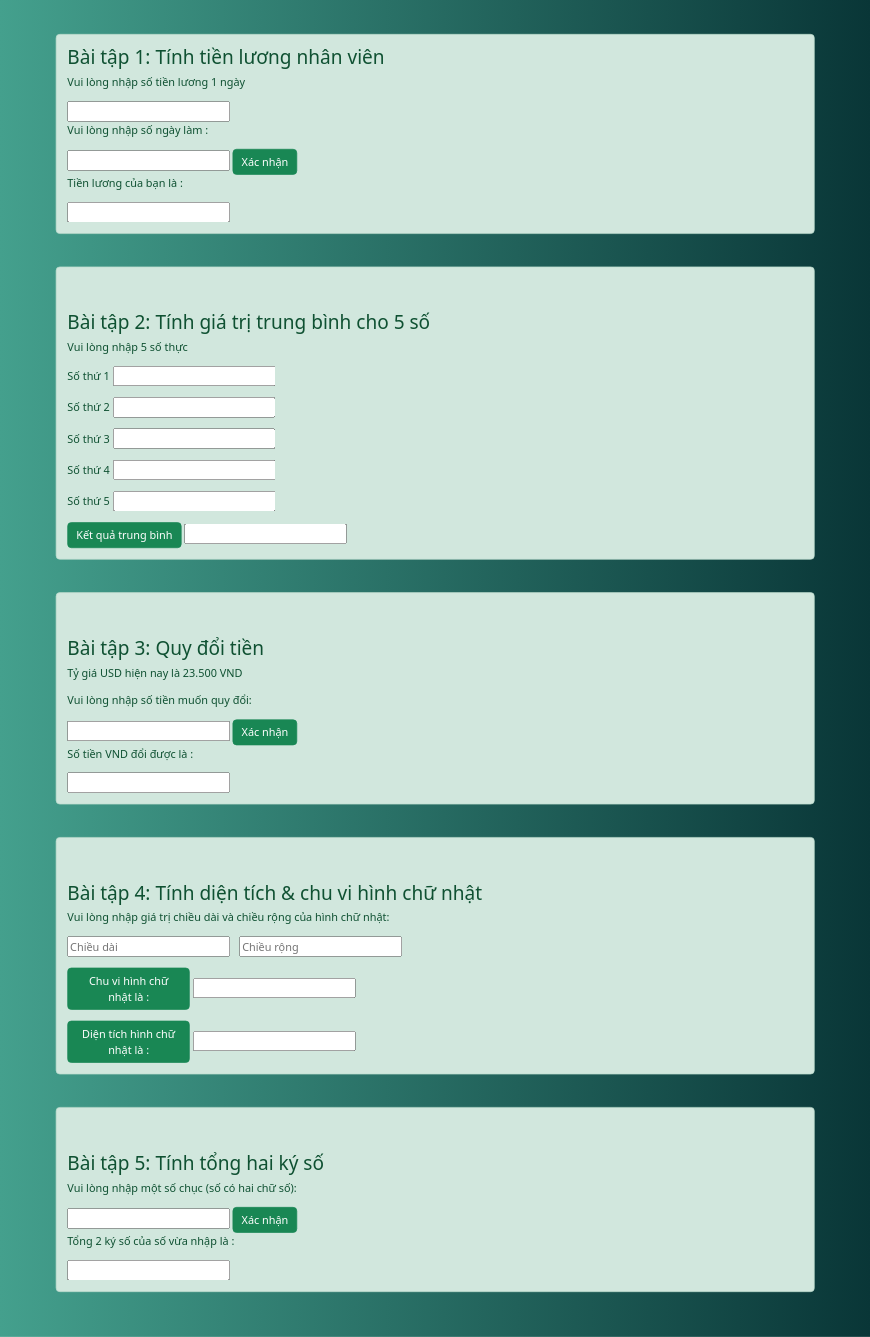
Repository: hcozyph/TranHuuPhuoc_BC43_BT_JS_Buoi2
Page: index.html
The author's editor kept a copy of each file at every save. The page is drawn from the files as they stood at one save, then again after the next save.
The browser window is 1280 px wide. The pictures show the whole page, at 68% of full size.

Above is the page before, as saved 2023-02-03 20:51:24.

After the next save:
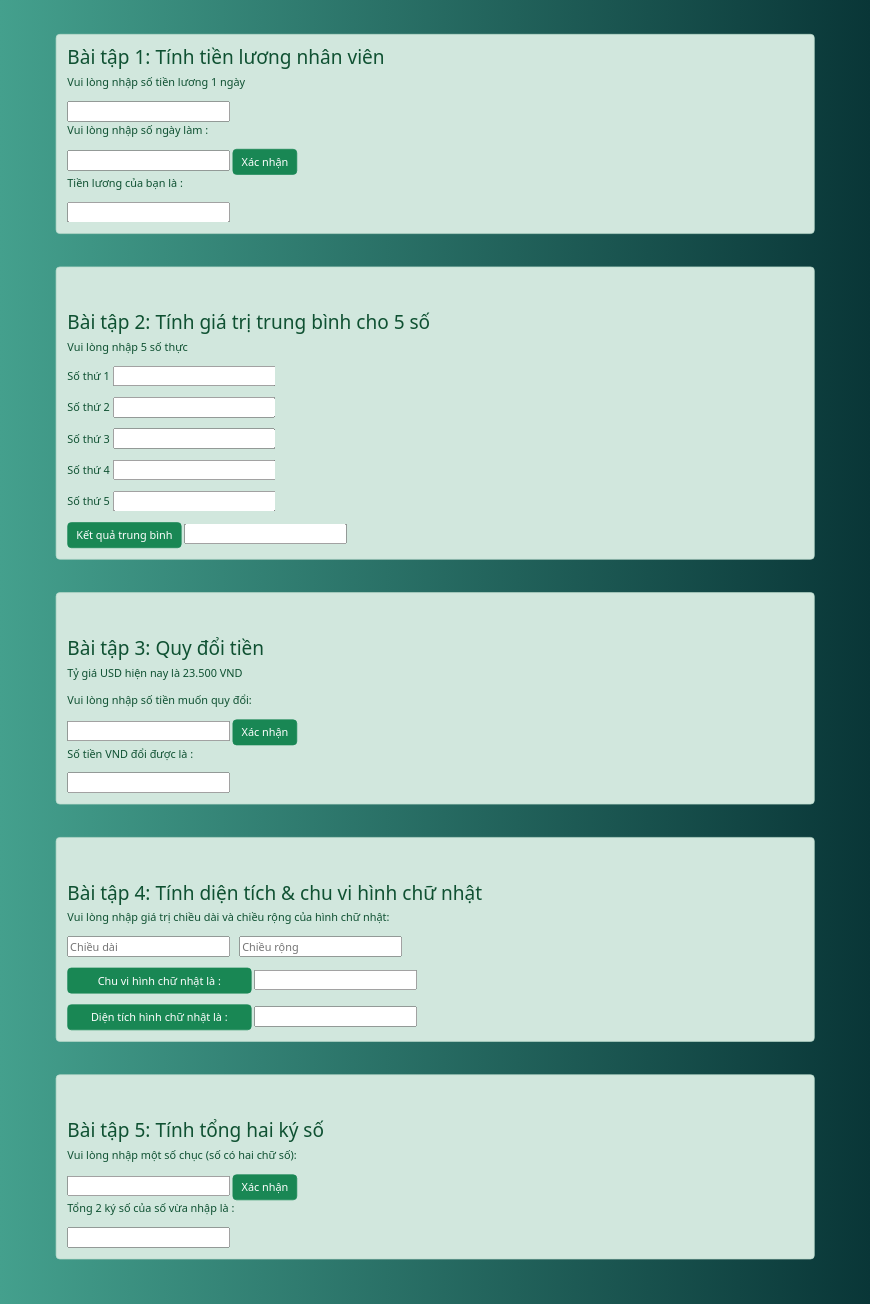
Saved 7 s later.
--- a/index.html
+++ b/index.html
@@ -128,7 +128,7 @@
                     />
 
                     <div class="chuVi mt-3">
-                        <button class="btn btn-success col-2" onclick="chuVi()">
+                        <button class="btn btn-success col-3" onclick="chuVi()">
                             Chu vi hình chữ nhật là :
                         </button>
                         <input type="number" id="chuVi" />
@@ -136,7 +136,7 @@
 
                     <div class="dienTich mt-3">
                         <button
-                            class="btn btn-success col-2"
+                            class="btn btn-success col-3"
                             onclick="dienTich()"
                         >
                             Diện tích hình chữ nhật là :
